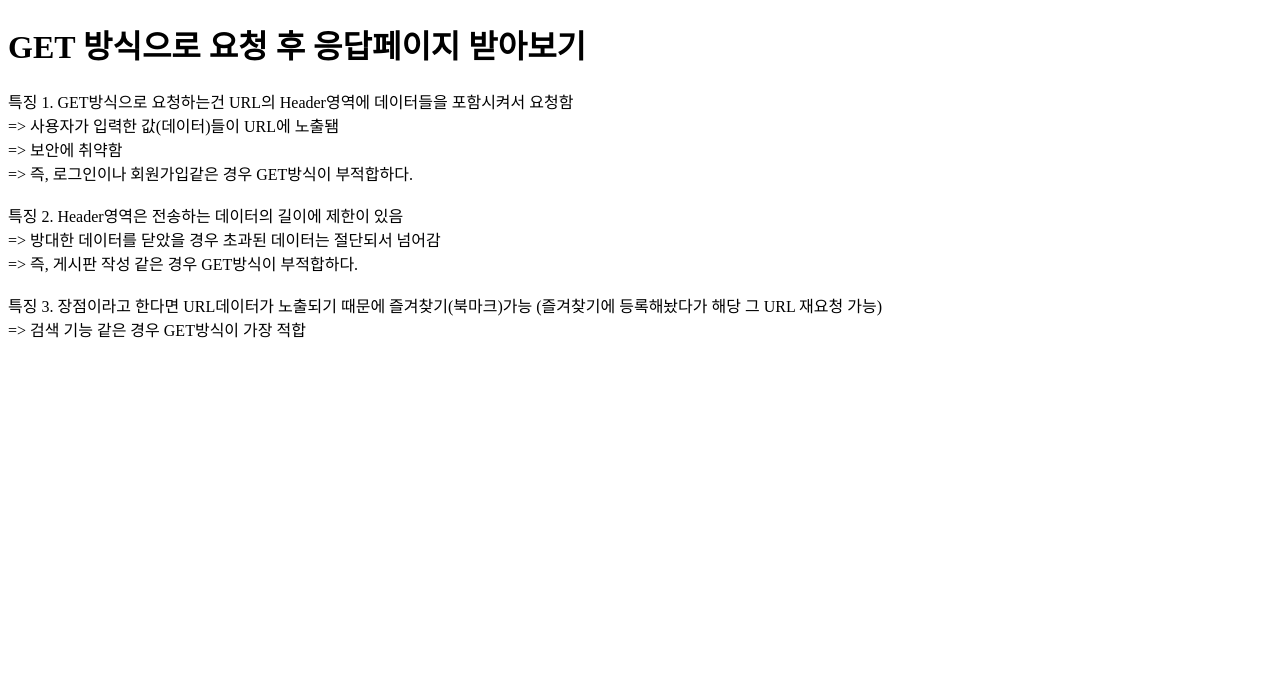
Repository: DonghwanSon1/StudyAndSubwayStore
Page: 1_Servlet/WebContent/view/requestTest_Get.html
An editor plug-in stored every save of this project. The page is shown before and after the next save, followed by the edit.
The browser window is 1280 px wide. The pictures show the whole page.

Above is the page before, as saved 2022-05-31 03:49:24.

### 1_Servlet/WebContent/view/requestTest_Get.html
<!DOCTYPE html>
<html>
<head>
<meta charset="UTF-8">
<title>GET 테스트</title>
<style>
	ul{
		list-style : none;
		line-height : 200%;
	}
</style>
</head>
<body>

	<h1>GET 방식으로 요청 후 응답페이지 받아보기</h1>

	<p>
		특징 1. GET방식으로 요청하는건 URL의 Header영역에 데이터들을 포함시켜서 요청함 <br>
		=> 사용자가 입력한 값(데이터)들이 URL에 노출됌 <br>
		=> 보안에 취약함 <br>
		=> 즉, 로그인이나 회원가입같은 경우 GET방식이 부적합하다. <br><br>

		특징 2. Header영역은 전송하는 데이터의 길이에 제한이 있음 <br>
		=> 방대한 데이터를 닫았을 경우 초과된 데이터는 절단되서 넘어감 <br>
		=> 즉, 게시판 작성 같은 경우 GET방식이 부적합하다. <br><br>

		특징 3. 장점이라고 한다면 URL데이터가 노출되기 때문에
		즐겨찾기(북마크)가능 (즐겨찾기에 등록해놨다가 해당 그 URL 재요청 가능) <br>
		=> 검색 기능 같은 경우 GET방식이 가장 적합 <br>
	</p>
































</body>
</html>

After the next save:
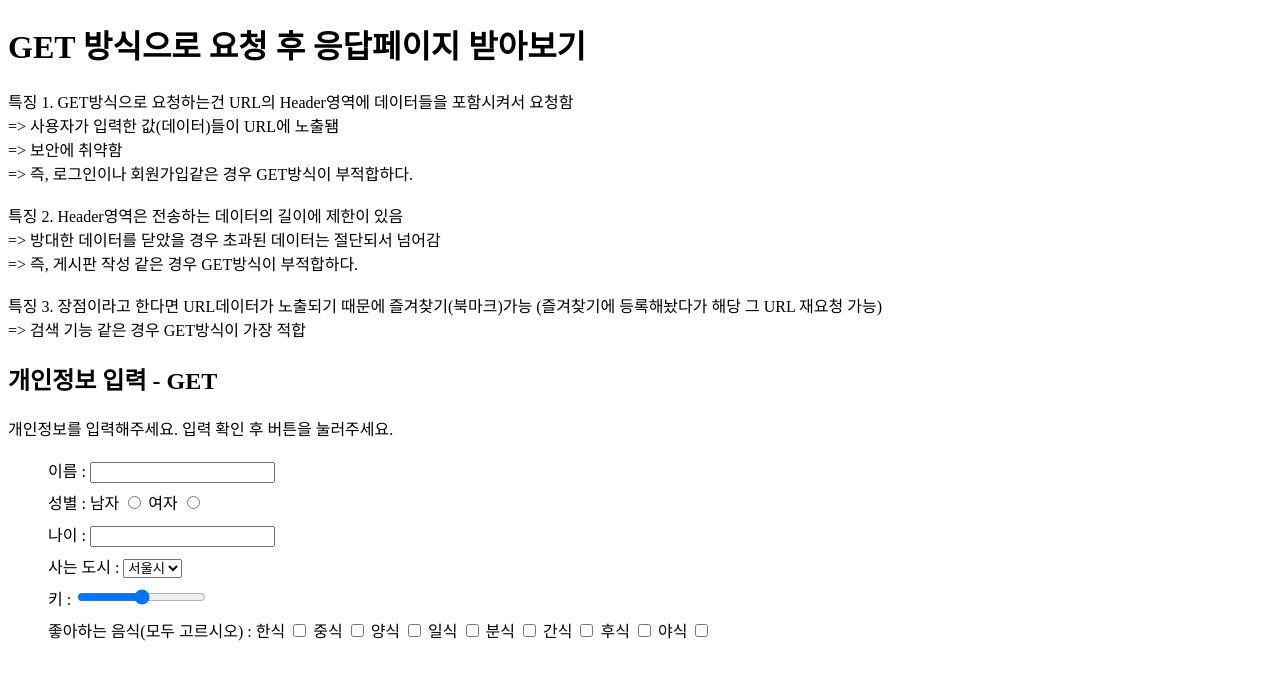
Saved 101 min 24 s later.
--- a/1_Servlet/WebContent/view/requestTest_Get.html
+++ b/1_Servlet/WebContent/view/requestTest_Get.html
@@ -29,8 +29,56 @@
 		=> 검색 기능 같은 경우 GET방식이 가장 적합 <br>
 	</p>
 
+	<h2>개인정보 입력 - GET</h2>
+	<p>개인정보를 입력해주세요. 입력 확인 후 버튼을 눌러주세요.</p>
 
 
+	<!--
+		form 태그 내의 제출 버튼(submit) 클릭 시
+		form 태그의 속성 중 action에 작성된 URL로 요청됌(제출)
+		즉, Controller(Servlet)를 호출한다고 생각하면 된다.
+	 -->
+	<form action="" method="get">
+		<ul>
+			<li>
+				이름 : <input type="text" name="name">
+			</li>
+			<li>
+				성별 :
+				남자 <input type="radio" value="M" name="gender">
+				여자 <input type="radio" value="F" name="gender">
+			</li>
+			<li>
+				나이 : <input type="number" name="age">
+			</li>
+			<li>
+				사는 도시 :
+				<select>
+					<option>서울시</option>
+					<option>경기도</option>
+					<option>강원도</option>
+					<option>충청도</option>
+					<option>전라도</option>
+					<option>경상도</option>
+					<option>제주도</option>
+				</select>
+			</li>
+			<li>
+				키 : <input type="range" min="140" max="200" name="height">
+			</li>
+			<li>
+				좋아하는 음식(모두 고르시오) :
+				한식 <input type="checkbox" name="food" value="한식">
+				중식 <input type="checkbox" name="food" value="중식">
+				양식 <input type="checkbox" name="food" value="양식">
+				일식 <input type="checkbox" name="food" value="일식">
+				분식 <input type="checkbox" name="food" value="분식">
+				간식 <input type="checkbox" name="food" value="간식">
+				후식 <input type="checkbox" name="food" value="후식">
+				야식 <input type="checkbox" name="food" value="야식">
+			</li>
+		</ul>
+	</form>
 
 
 
